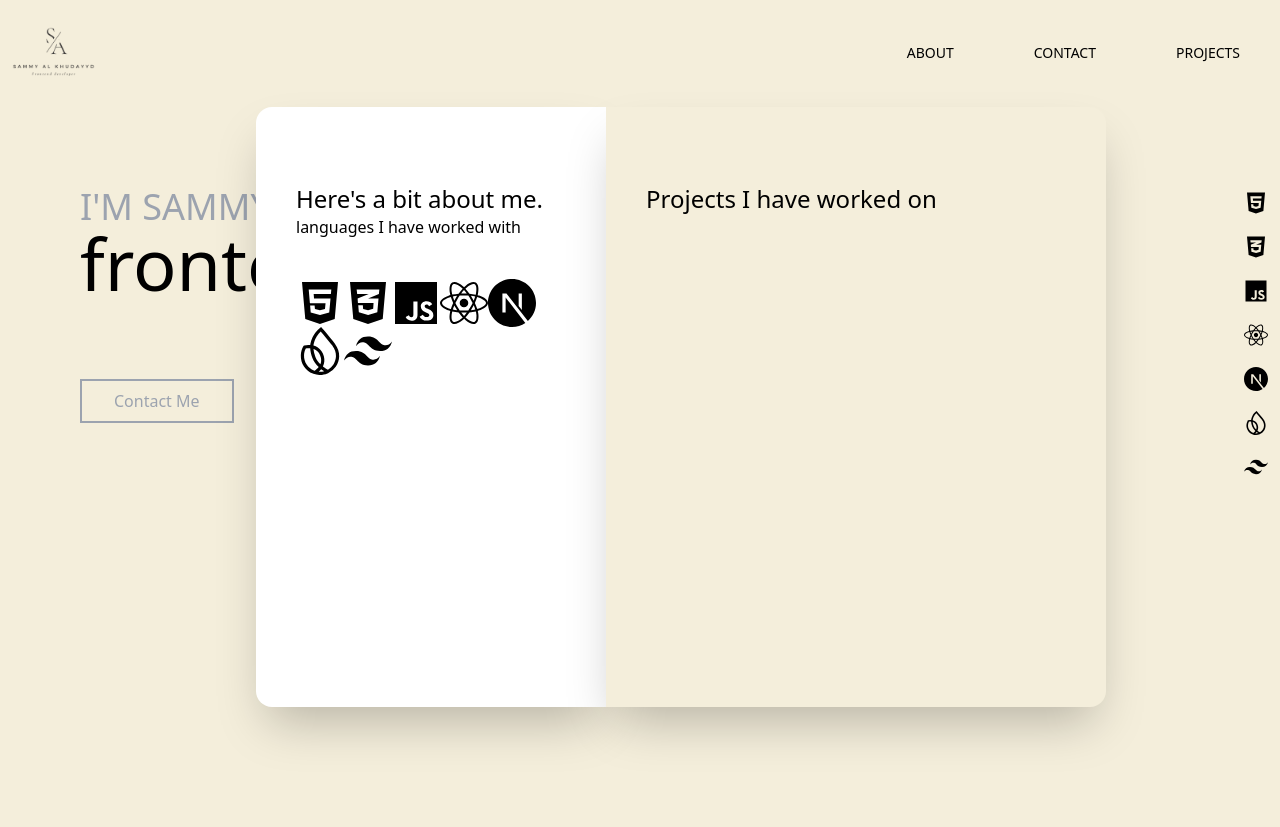
Repository: Al123Kudayyd/myportfolio
Page: /
An editor plug-in stored every save of this project. The page is shown before and after the next save, followed by the edit.
The browser window is 1280 px wide. The pictures show the whole page.
The project was rebuilt for these pictures with package versions that can differ from the ones it lists, and the page was loaded fresh each time. Also part of the build but not shown: src/components/model.js.

Above is the page before, as saved 2024-02-21 13:59:20.

### src/App.js
import Main from './components/Main';
import Nav from './components/Nav';
import Model from './components/Model'


function App() {
  return (
    <div className=" ">
      <Nav />
      <Main />

    </div>
  );
}

export default App;

### src/components/Main.jsx
import React, { useState } from 'react'
import Model from './Model'
import { LiaTimesSolid } from "react-icons/lia";
import { FaHtml5, FaReact } from "react-icons/fa";
import { FaCss3Alt } from "react-icons/fa6";
import { IoLogoJavascript } from "react-icons/io5";
import { SiNextdotjs } from "react-icons/si";
import { SiFirebase } from "react-icons/si";
import { SiTailwindcss } from "react-icons/si";
import Projects from './Projects';


function Main() {
    const [openModal, setOpenModal] = useState(false)
  return (
    <div className='relative'>
    <div className='bg-[#f4eedb] relative h-screen'>
        <div className='-z-10 pl-20 pt-20 '>
            <h1 className=''><span className='text-gray-400 font-extralight text-4xl'>I'M SAMMY AND I'M A</span>
            <br /><span className='text-7xl'>frontend developer.</span></h1>
            <button className='mt-20 border-gray-400 border-2 text-gray-400 py-2 px-8 hover:bg-gray-400 hover:text-[#f4eedb]
            transition-all duration-300'
            onClick={() => setOpenModal(true)}>
                Contact Me</button>
        </div>

    </div>
    {
        openModal && <Model btn={<LiaTimesSolid onClick={() => setOpenModal(false)} />} />
    }
    <div className='absolute top-[10%] right-0 text-2xl space-y-5 m-3'>
            <FaHtml5 />
            <FaCss3Alt />
            <IoLogoJavascript />
            <FaReact />
            <SiNextdotjs />
            <SiFirebase />
            <SiTailwindcss />
        </div>
        <Projects className='' />
    </div>
  )
}

export default Main

### src/components/Nav.jsx
import React from 'react'
import logo from '../assets/logo.png'
import { LiaBarsSolid } from "react-icons/lia";

function Nav({ }) {
  return (
    <div className='bg-[#f4eedb] relative'>
        <div className='flex justify-between items-center'>
            <img src={logo} className="w-[20%] md:w-1/12 " />
            <LiaBarsSolid className='sm:hidden text-3xl mr-5 hover:text-gray-400 cursor-pointer active:scale-[.85] transition-all duration-300' />
            <ul className='hidden sm:flex font-extralight text-sm '>
                <li className='px-10 cursor-pointer hover:text-gray-400 transition-all duration-300'>ABOUT</li>
                <li className='px-10 cursor-pointer hover:text-gray-400 transition-all duration-300'>CONTACT</li>
                <li className='px-10 cursor-pointer hover:text-gray-400 transition-all duration-300'>PROJECTS</li>
            </ul>
        </div>



    </div>
  )
}

export default Nav

### src/components/Projects.jsx
import React from 'react'
import { FaHtml5, FaReact } from "react-icons/fa";
import { FaCss3Alt } from "react-icons/fa6";
import { IoLogoJavascript } from "react-icons/io5";
import { SiNextdotjs } from "react-icons/si";
import { SiFirebase } from "react-icons/si";
import { SiTailwindcss } from "react-icons/si";

function Projects() {
  return (
    <div className='absolute top-0 left-[20%]'>
        <div className='flex justify-center items-center'>
            <div className='shadow-2xl bg-white w-[350px] h-[600px] rounded-l-2xl'>
                <div className='px-[40px] py-[76px]'>
                    <h1 className='text-2xl'>Here's a bit about me.</h1>
                    <h3 className='text-md '>languages I have worked with</h3>
                    <div className='flex flex-wrap my-10 text-5xl'>
                        <FaHtml5 />
                        <FaCss3Alt />
                        <IoLogoJavascript />
                        <FaReact />
                        <SiNextdotjs />
                        <SiFirebase />
                        <SiTailwindcss />
                    </div>
                </div>

            </div>
            <div className='shadow-2xl bg-[#f4eedb] w-[500px] h-[600px] rounded-r-2xl '>
                <div className='px-[40px] py-[76px]'>
                    <h1 className='text-2xl'>Projects I have worked on</h1>
                </div>

            </div>
        </div>
    </div>
  )
}

export default Projects

### tailwind.config.js
/** @type {import('tailwindcss').Config} */
module.exports = {
  content: [
    "./src/components/Nav.{js,jsx,ts,tsx}",
    "./src/components/Main.{js,jsx,ts,tsx}",
    "./src/components/App.{js,jsx,ts,tsx}",
    "./src/components/Model.{js,jsx,ts,tsx}",
    "./src/components/Projects.{js,jsx,ts,tsx}"
  ],
  theme: {
    extend: {},
  },
  plugins: [],
}

Loaded but not shown: public/index.html (common file); src/index.js (common file); src/index.css (common file); src/reportWebVitals.js (common file)

After the next save:
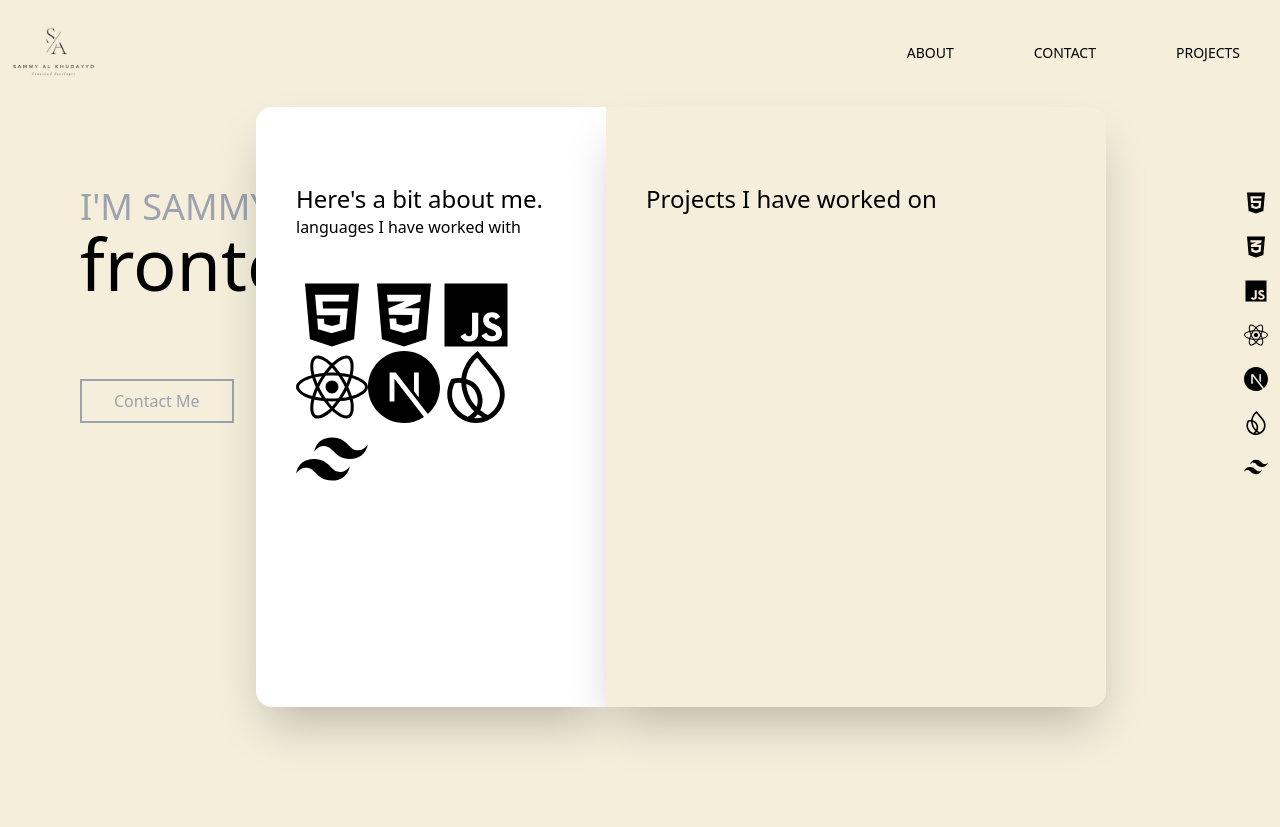
Saved 14 s later.
--- a/src/components/Projects.jsx
+++ b/src/components/Projects.jsx
@@ -14,7 +14,7 @@ function Projects() {
                 <div className='px-[40px] py-[76px]'>
                     <h1 className='text-2xl'>Here's a bit about me.</h1>
                     <h3 className='text-md '>languages I have worked with</h3>
-                    <div className='flex flex-wrap my-10 text-5xl'>
+                    <div className='flex flex-wrap my-10 text-7xl'>
                         <FaHtml5 />
                         <FaCss3Alt />
                         <IoLogoJavascript />
